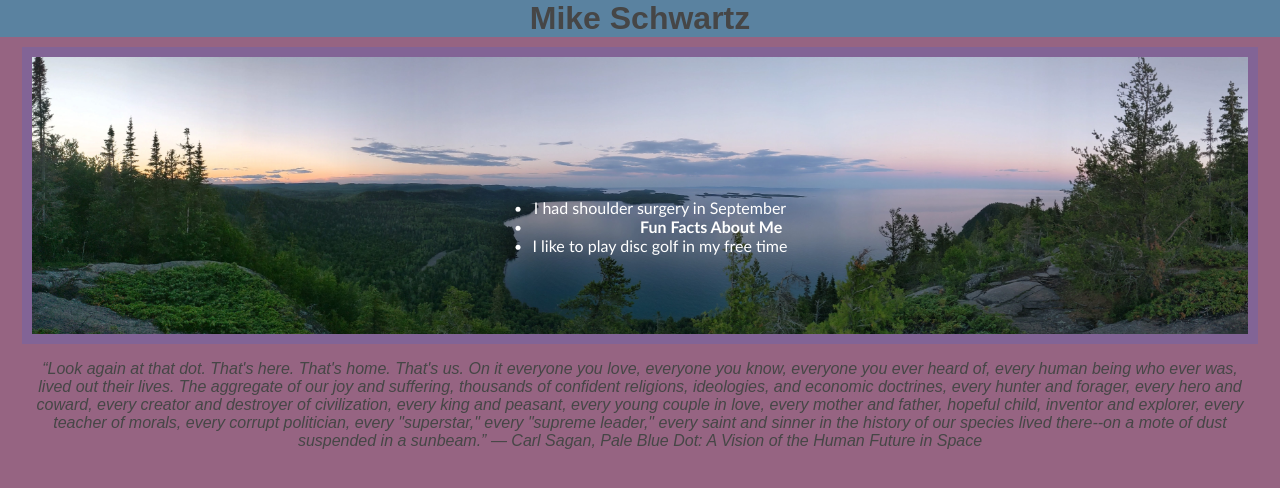
Repository: Ellusionism/prime-pw-week-1-assignment
Page: assignment/index.html
These files come from the project's save history. The page is drawn as it stood at one moment and after a run of saves; the edit follows.
The browser window is 1280 px wide. The pictures show the whole page.

Above is the page before, as saved 2022-10-26 16:16:14.

After the next 3 saves:
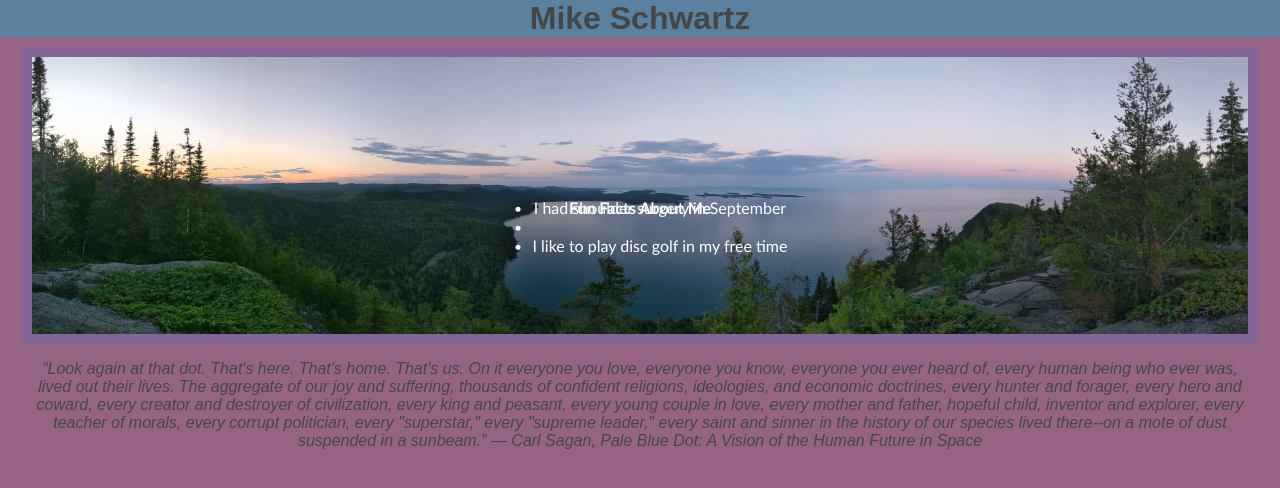
The 3 saves are shown as one change because they came seconds apart.
The last was saved 10 s later.
--- a/assignment/style.css
+++ b/assignment/style.css
@@ -39,7 +39,7 @@ header {
  position: absolute;
  top: 50%;
  left: 50%;
- transform: translate(-50%, -%);
+ transform: translate(-50%, -100%);
 }
 
 .fun-facts-list {
